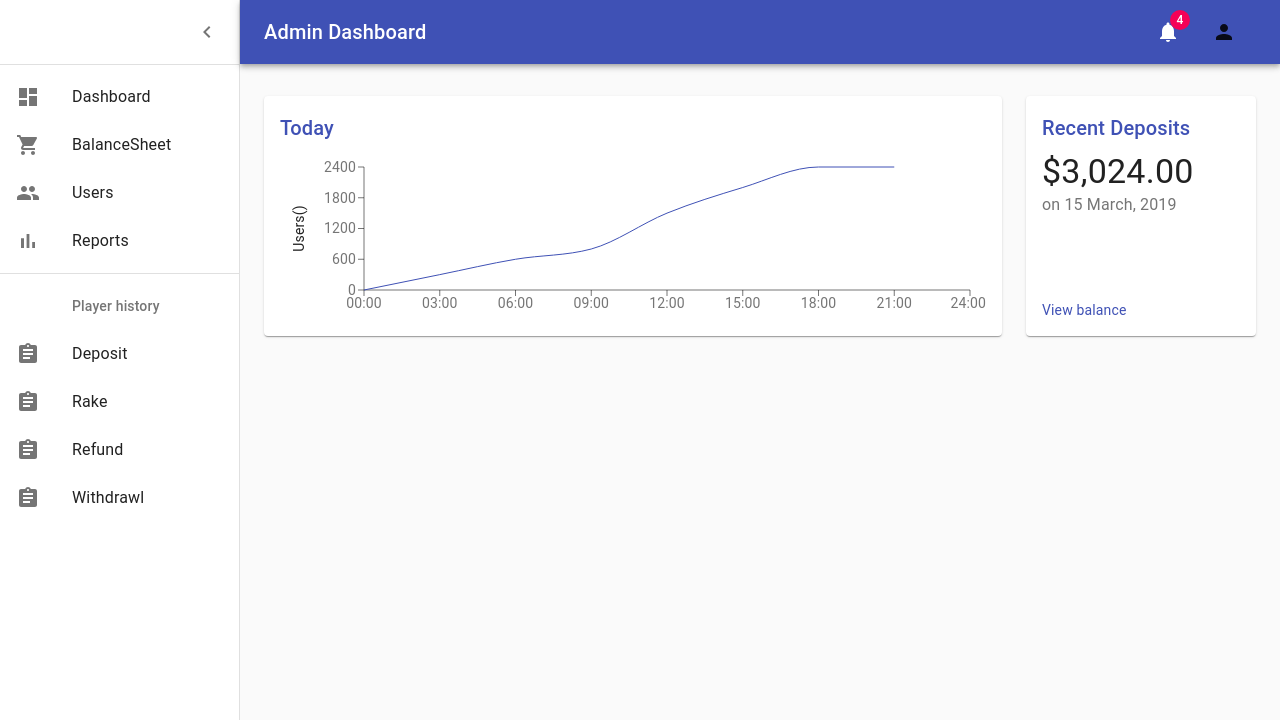
Repository: imayankbisht/ludofrontend
Page: /Dashboard
An editor plug-in stored every save of this project. The page is shown before and after the next save, followed by the edit.
The browser window is 1280 px wide. The pictures show the whole page.
The project was rebuilt for these pictures with package versions that can differ from the ones it lists, and the page was loaded fresh each time. Also part of the build but not shown: src/axios.js, src/components/login.js.

Above is the page before, as saved 2021-01-16 14:03:49.

### src/App.js
import React from 'react';
import './App.css';
import {
  BrowserRouter as Router,
  Switch,
  Route,
 Redirect
} from "react-router-dom";
// import SignInOutContainer from './containers';
import Dashboard from './components/Dashboard';
import Login from './components/login';
 function App() {
  return (
    <div className="App">
  <Router >
    <Switch>
      <Route path="/login" component={Login} />
      <Route path="/Dashboard" component={Dashboard} />
      <Redirect from="/" to="/login" />
    </Switch>
  </Router>
      </div>
  );
}


export default App;

### src/App.css
.App {
  /* text-align: center; */

}

.App-logo {
  height: 40vmin;
  pointer-events: none;
}

@media (prefers-reduced-motion: no-preference) {
  .App-logo {
    animation: App-logo-spin infinite 20s linear;
  }
}

.App-header {
  background-color: #282c34;
  min-height: 100vh;
  display: flex;
  flex-direction: column;
  align-items: center;
  justify-content: center;
  font-size: calc(10px + 2vmin);
  color: white;
}

.App-link {
  color: #61dafb;
}

@keyframes App-logo-spin {
  from {
    transform: rotate(0deg);
  }
  to {
    transform: rotate(360deg);
  }
}

### src/components/Dashboard.js
import React from 'react';
import clsx from 'clsx';
import { makeStyles } from '@material-ui/core/styles';
import CssBaseline from '@material-ui/core/CssBaseline';
import Drawer from '@material-ui/core/Drawer';
import Box from '@material-ui/core/Box';
import AppBar from '@material-ui/core/AppBar';
import Toolbar from '@material-ui/core/Toolbar';
import List from '@material-ui/core/List';
import Typography from '@material-ui/core/Typography';
import Divider from '@material-ui/core/Divider';
import IconButton from '@material-ui/core/IconButton';
import Badge from '@material-ui/core/Badge';
import Container from '@material-ui/core/Container';
import Grid from '@material-ui/core/Grid';
import Paper from '@material-ui/core/Paper';
// import Link from '@material-ui/core/Link';
import MenuIcon from '@material-ui/icons/Menu';
import ChevronLeftIcon from '@material-ui/icons/ChevronLeft';
import NotificationsIcon from '@material-ui/icons/Notifications';
import { mainListItems, secondaryListItems } from './listItems';
import Chart from './Chart';
import Deposits from './Deposits';
import MenuItem from "@material-ui/core/MenuItem";
import MenuList from "@material-ui/core/MenuList";
import Hidden from "@material-ui/core/Hidden";
import Grow from "@material-ui/core/Grow";
import Poppers from "@material-ui/core/Popper";
import ClickAwayListener from "@material-ui/core/ClickAwayListener";
import Person from "@material-ui/icons/Person";
import classNames from "classnames";
import Button from "@material-ui/core/Button";
import {Link} from 'react-router-dom';

const drawerWidth = 240;

const useStyles = makeStyles((theme) => ({
  root: {
    display: 'flex',
  },
  toolbar: {
    paddingRight: 24, // keep right padding when drawer closed
  },
  toolbarIcon: {
    display: 'flex',
    alignItems: 'center',
    justifyContent: 'flex-end',
    padding: '0 8px',
    ...theme.mixins.toolbar,
  },
  appBar: {
    zIndex: theme.zIndex.drawer + 1,
    transition: theme.transitions.create(['width', 'margin'], {
      easing: theme.transitions.easing.sharp,
      duration: theme.transitions.duration.leavingScreen,
    }),
  },
  appBarShift: {
    marginLeft: drawerWidth,
    width: `calc(100% - ${drawerWidth}px)`,
    transition: theme.transitions.create(['width', 'margin'], {
      easing: theme.transitions.easing.sharp,
      duration: theme.transitions.duration.enteringScreen,
    }),
  },
  menuButton: {
    marginRight: 36,
  },
  menuButtonHidden: {
    display: 'none',
  },
  title: {
    flexGrow: 1,
  },
  drawerPaper: {
    position: 'relative',
    whiteSpace: 'nowrap',
    width: drawerWidth,
    transition: theme.transitions.create('width', {
      easing: theme.transitions.easing.sharp,
      duration: theme.transitions.duration.enteringScreen,
    }),
  },
  drawerPaperClose: {
    overflowX: 'hidden',
    transition: theme.transitions.create('width', {
      easing: theme.transitions.easing.sharp,
      duration: theme.transitions.duration.leavingScreen,
    }),
    width: theme.spacing(7),
    [theme.breakpoints.up('sm')]: {
      width: theme.spacing(9),
    },
  },
  appBarSpacer: theme.mixins.toolbar,
  content: {
    flexGrow: 1,
    height: '100vh',
    overflow: 'auto',
  },
  container: {
    paddingTop: theme.spacing(4),
    paddingBottom: theme.spacing(4),
  },
  paper: {
    padding: theme.spacing(2),
    display: 'flex',
    overflow: 'auto',
    flexDirection: 'column',
  },
  fixedHeight: {
    height: 240,
  },
}));

 function Dashboard() {
  const classes = useStyles();
  const [open, setOpen] = React.useState(true);
  const [openProfile, setOpenProfile] = React.useState(null);
  const handleClickProfile = event => {
    if (openProfile && openProfile.contains(event.target)) {
      setOpenProfile(null);
    } else {
      setOpenProfile(event.currentTarget);
    }
  };
  const handleCloseProfile = () => {
    setOpenProfile(null);
  };
  const handleDrawerOpen = () => {
    setOpen(true);
  };
  const handleDrawerClose = () => {
    setOpen(false);
  };
  const fixedHeightPaper = clsx(classes.paper, classes.fixedHeight);

  return (
    <div className={classes.root}>
      <CssBaseline />
      <AppBar position="absolute" className={clsx(classes.appBar, open && classes.appBarShift)}>
        <Toolbar className={classes.toolbar}>
          <IconButton
            edge="start"
            color="inherit"
            aria-label="open drawer"
            onClick={handleDrawerOpen}
            className={clsx(classes.menuButton, open && classes.menuButtonHidden)}
          >
            <MenuIcon />
          </IconButton>
          <Typography component="h1" variant="h6" color="inherit" noWrap className={classes.title}>
          Admin Dashboard
          </Typography>
          <IconButton color="inherit">
            <Badge badgeContent={4} color="secondary">
              <NotificationsIcon />
            </Badge>
          </IconButton>
          <Button
          color={window.innerWidth > 959 ? "transparent" : "white"}
          justIcon={window.innerWidth > 959}
          simple={!(window.innerWidth > 959)}
          aria-owns={openProfile ? "profile-menu-list-grow" : null}
          aria-haspopup="true"
          onClick={handleClickProfile}
          className={classes.buttonLink}
        >
          <Person className={classes.icons} />
          <Hidden mdUp implementation="css">
            <p className={classes.linkText}>Profile</p>
          </Hidden>
        </Button>
        <Poppers
          open={Boolean(openProfile)}
          anchorEl={openProfile}
          transition
          disablePortal
          className={
            classNames({ [classes.popperClose]: !openProfile }) +
            " " +
            classes.popperNav
          }
        >
          {({ TransitionProps, placement }) => (
            <Grow
              {...TransitionProps}
              id="profile-menu-list-grow"
              style={{
                transformOrigin:
                  placement === "bottom" ? "center top" : "center bottom"
              }}
            >
              <Paper>
                <ClickAwayListener onClickAway={handleCloseProfile}>
                  <MenuList role="menu">
                    <MenuItem
                      onClick={handleCloseProfile}
                      className={classes.dropdownItem}
                    >
                      Profile
                    </MenuItem>
                    <MenuItem
                      onClick={handleCloseProfile}
                      className={classes.dropdownItem}
                    >
                      Settings
                    </MenuItem>
                    <Divider light />
                    <Link to="login">
                    <MenuItem
                      onClick={handleCloseProfile}
                      className={classes.dropdownItem}
                    >
                      Logout
                    </MenuItem>
                    </Link>
                  </MenuList>
                </ClickAwayListener>
              </Paper>
            </Grow>
          )}
        </Poppers>
        </Toolbar>
      </AppBar>
      <Drawer
        variant="permanent"
        classes={{
          paper: clsx(classes.drawerPaper, !open && classes.drawerPaperClose),
        }}
        open={open}
      >
        <div className={classes.toolbarIcon}>
          <IconButton onClick={handleDrawerClose}>
            <ChevronLeftIcon />
          </IconButton>
        </div>
        <Divider />
        <List>{mainListItems}</List>
        <Divider />
        <List>{secondaryListItems}</List>
      </Drawer>
      <main className={classes.content}>
        <div className={classes.appBarSpacer} />
        <Container maxWidth="lg" className={classes.container}>
          <Grid container spacing={3}>
            {/* Chart */}
            <Grid item xs={12} md={8} lg={9}>
              <Paper className={fixedHeightPaper}>
                <Chart />
              </Paper>
            </Grid>
            {/* Recent Deposits */}
            <Grid item xs={12} md={4} lg={3}>
              <Paper className={fixedHeightPaper}>
                <Deposits />
              </Paper>
            </Grid>

          </Grid>

        </Container>
      </main>
    </div>
  );
}
export default Dashboard;

### src/components/listItems.js
import React from 'react';
import ListItem from '@material-ui/core/ListItem';
import ListItemIcon from '@material-ui/core/ListItemIcon';
import ListItemText from '@material-ui/core/ListItemText';
import ListSubheader from '@material-ui/core/ListSubheader';
import DashboardIcon from '@material-ui/icons/Dashboard';
import ShoppingCartIcon from '@material-ui/icons/ShoppingCart';
import PeopleIcon from '@material-ui/icons/People';
import BarChartIcon from '@material-ui/icons/BarChart';
import LayersIcon from '@material-ui/icons/Layers';
import AssignmentIcon from '@material-ui/icons/Assignment';
import Box from '@material-ui/core/Box';

export const mainListItems = (
  <div>
    <ListItem button>
      <ListItemIcon>
        <DashboardIcon />
      </ListItemIcon>
      <ListItemText primary="Dashboard" />
    </ListItem>
    <ListItem button>
      <ListItemIcon>
        <ShoppingCartIcon />
      </ListItemIcon>
      <ListItemText primary="BalanceSheet" />
    </ListItem>
    <ListItem button>
      <ListItemIcon>
        <PeopleIcon />
      </ListItemIcon>
      <ListItemText primary="Users" />
    </ListItem>
    <ListItem button>
      <ListItemIcon>
        <BarChartIcon />
      </ListItemIcon>
      <ListItemText primary="Reports" />
    </ListItem>

  </div>
);

export const secondaryListItems = (
  <div>
    <ListSubheader inset>Player history</ListSubheader>
    <ListItem button>
      <ListItemIcon>
        <AssignmentIcon />
      </ListItemIcon>
      <ListItemText primary="Deposit" />
    </ListItem>
    <ListItem button>
      <ListItemIcon>
        <AssignmentIcon />
      </ListItemIcon>
      <ListItemText primary="Rake" />
    </ListItem>
    <ListItem button>
      <ListItemIcon>
        <AssignmentIcon />
      </ListItemIcon>
      <ListItemText primary="Refund" />
    </ListItem>
    <ListItem button>
      <ListItemIcon>
        <AssignmentIcon />
      </ListItemIcon>
      <ListItemText primary="Withdrawl" />
    </ListItem>
  </div>
);

### src/components/Chart.js
import React from 'react';
import { useTheme } from '@material-ui/core/styles';
import { LineChart, Line, XAxis, YAxis, Label, ResponsiveContainer } from 'recharts';
import Title from './Title';

// Generate Sales Data
function createData(time, amount) {
  return { time, amount };
}

const data = [
  createData('00:00', 0),
  createData('03:00', 300),
  createData('06:00', 600),
  createData('09:00', 800),
  createData('12:00', 1500),
  createData('15:00', 2000),
  createData('18:00', 2400),
  createData('21:00', 2400),
  createData('24:00', undefined),
];

export default function Chart() {
  const theme = useTheme();

  return (
    <React.Fragment>
      <Title>Today</Title>
      <ResponsiveContainer>
        <LineChart
          data={data}
          margin={{
            top: 16,
            right: 16,
            bottom: 0,
            left: 24,
          }}
        >
          <XAxis dataKey="time" stroke={theme.palette.text.secondary} />
          <YAxis stroke={theme.palette.text.secondary}>
            <Label
              angle={270}
              position="left"
              style={{ textAnchor: 'middle', fill: theme.palette.text.primary }}
            >
              Users()
            </Label>
          </YAxis>
          <Line type="monotone" dataKey="amount" stroke={theme.palette.primary.main} dot={false} />
        </LineChart>
      </ResponsiveContainer>
    </React.Fragment>
  );
}

### src/components/Deposits.js
import React from 'react';
import Link from '@material-ui/core/Link';
import { makeStyles } from '@material-ui/core/styles';
import Typography from '@material-ui/core/Typography';
import Title from './Title';

function preventDefault(event) {
  event.preventDefault();
}

const useStyles = makeStyles({
  depositContext: {
    flex: 1,
  },
});

export default function Deposits() {
  const classes = useStyles();
  return (
    <React.Fragment>
      <Title>Recent Deposits</Title>
      <Typography component="p" variant="h4">
        $3,024.00
      </Typography>
      <Typography color="textSecondary" className={classes.depositContext}>
        on 15 March, 2019
      </Typography>
      <div>
        <Link color="primary" href="#" onClick={preventDefault}>
          View balance
        </Link>
      </div>
    </React.Fragment>
  );
}

Loaded but not shown: public/index.html (common file); src/index.js (common file); src/index.css (common file); src/serviceWorker.js (common file); src/components/Title.js (common file)

After the next save:
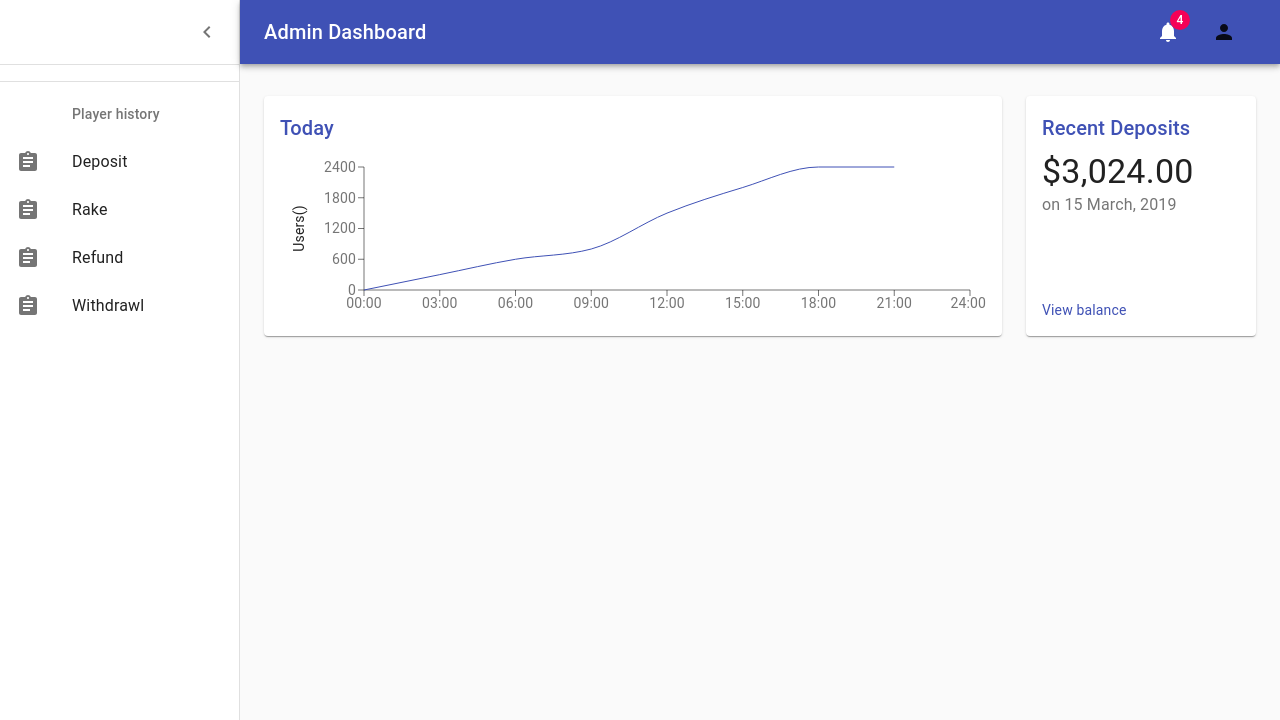
Saved 33 s later.
--- a/src/components/listItems.js
+++ b/src/components/listItems.js
@@ -13,30 +13,7 @@
 
 export const mainListItems = (
   <div>
-    <ListItem button>
-      <ListItemIcon>
-        <DashboardIcon />
-      </ListItemIcon>
-      <ListItemText primary="Dashboard" />
-    </ListItem>
-    <ListItem button>
-      <ListItemIcon>
-        <ShoppingCartIcon />
-      </ListItemIcon>
-      <ListItemText primary="BalanceSheet" />
-    </ListItem>
-    <ListItem button>
-      <ListItemIcon>
-        <PeopleIcon />
-      </ListItemIcon>
-      <ListItemText primary="Users" />
-    </ListItem>
-    <ListItem button>
-      <ListItemIcon>
-        <BarChartIcon />
-      </ListItemIcon>
-      <ListItemText primary="Reports" />
-    </ListItem>
+
 
   </div>
 );

After the 3 saves that followed:
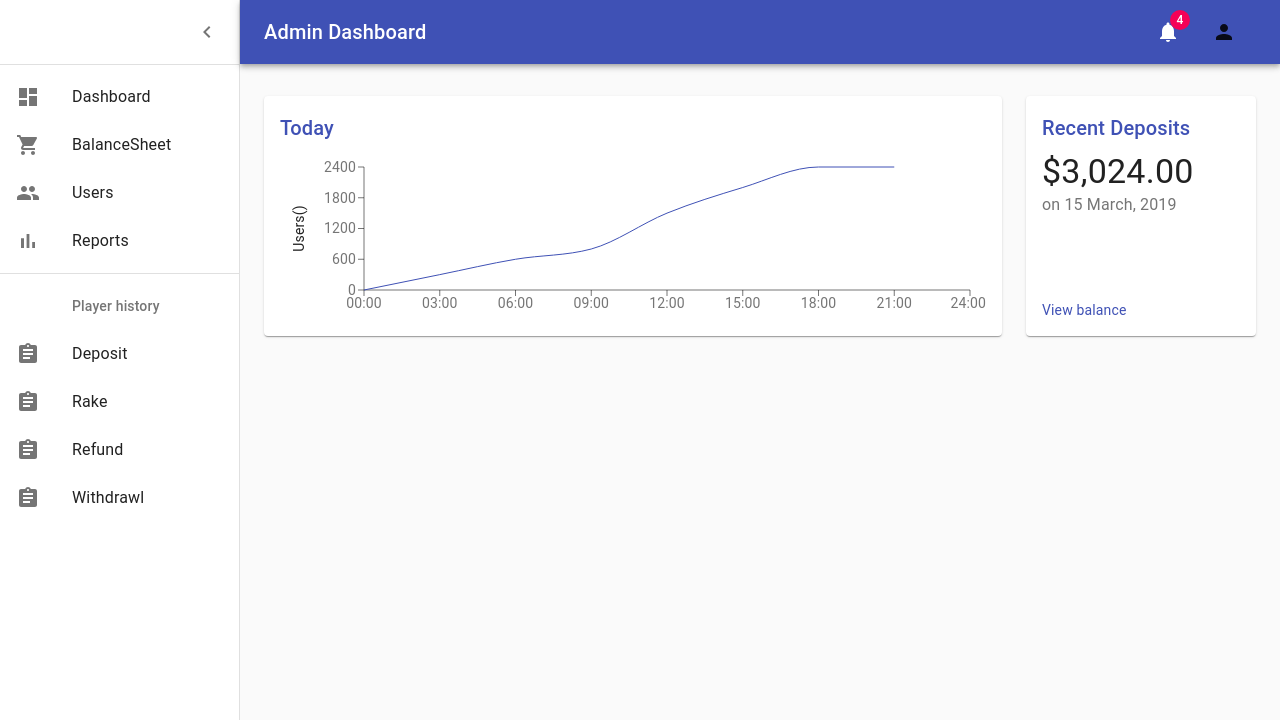
The 3 saves are shown as one change because they came seconds apart.
The last was saved 8 s later.
--- a/src/components/listItems.js
+++ b/src/components/listItems.js
@@ -13,7 +13,32 @@
 
 export const mainListItems = (
   <div>
-
+   <Box>
+   <ListItem button>
+      <ListItemIcon>
+        <DashboardIcon />
+      </ListItemIcon>
+      <ListItemText primary="Dashboard" />
+    </ListItem>
+    <ListItem button>
+      <ListItemIcon>
+        <ShoppingCartIcon />
+      </ListItemIcon>
+      <ListItemText primary="BalanceSheet" />
+    </ListItem>
+    <ListItem button>
+      <ListItemIcon>
+        <PeopleIcon />
+      </ListItemIcon>
+      <ListItemText primary="Users" />
+    </ListItem>
+    <ListItem button>
+      <ListItemIcon>
+        <BarChartIcon />
+      </ListItemIcon>
+      <ListItemText primary="Reports" />
+    </ListItem>
+   </Box>
 
   </div>
 );
